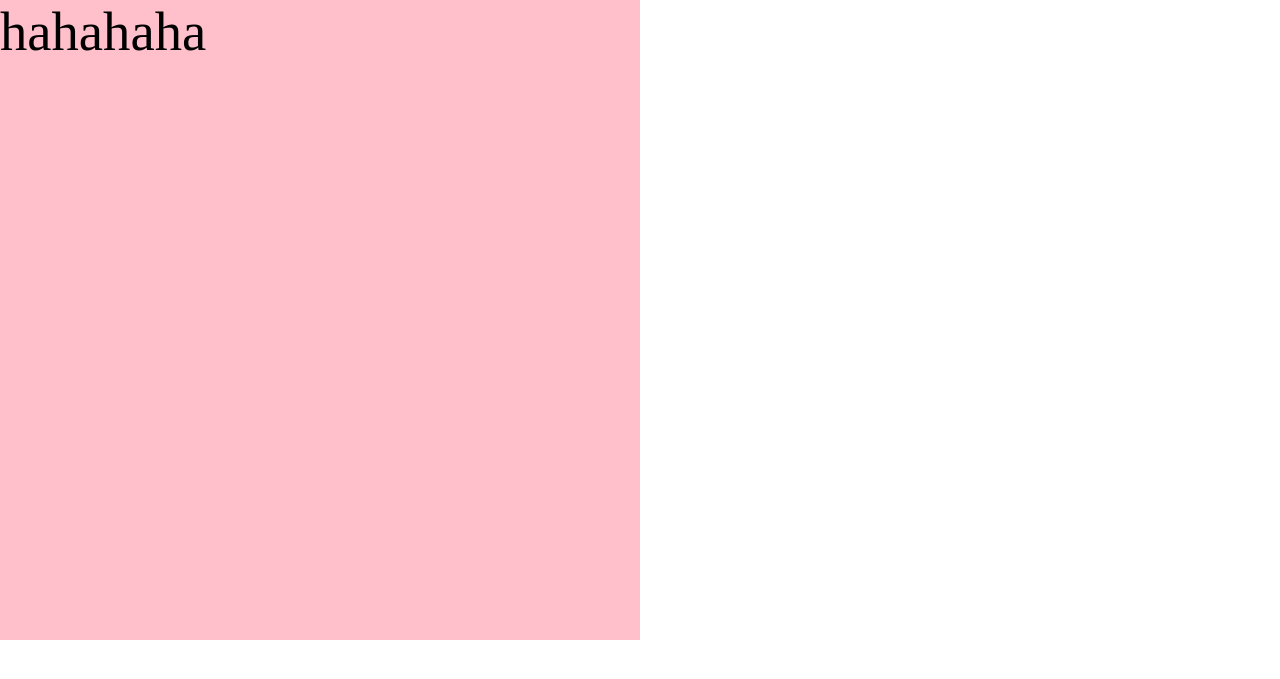
Repository: LumiereXyloto/javascript-data-structure
Page: 实现指定效果/rem.html
The author's editor kept a copy of each file at every save. The page is drawn from the files as they stood at one save, then again after the next save.
The browser window is 1280 px wide. The pictures show the whole page.

Above is the page before, as saved 2020-02-25 01:20:54.

After the next save:
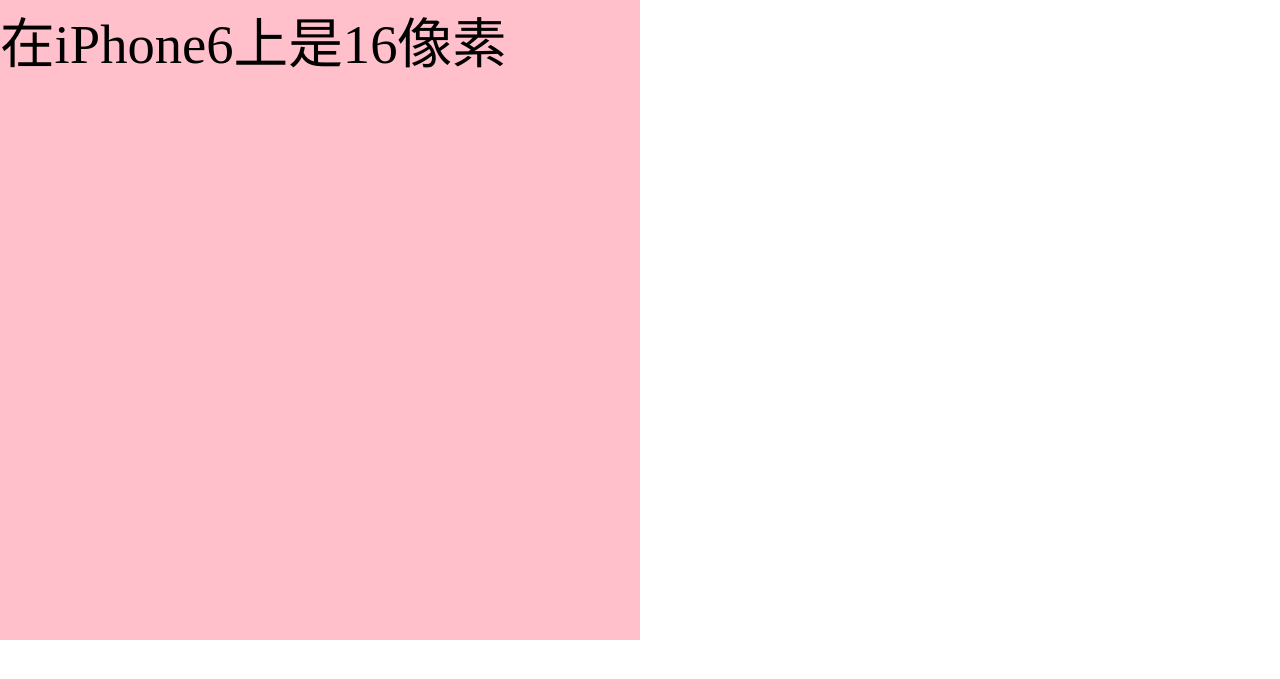
Saved 2 min 27 s later.
--- a/实现指定效果/rem.html
+++ b/实现指定效果/rem.html
@@ -14,7 +14,7 @@
   </style>
 </head>
 <body style="margin: 0">
-  <div class="myDiv">hahahaha</div>
+  <div class="myDiv">在iPhone6上是16像素</div>
   <script>
     // 假设iPhone6设计图 750px，1rem 就是设计图中的 50px，对应设备css像素 25px
     function changeRootFontSize() {
